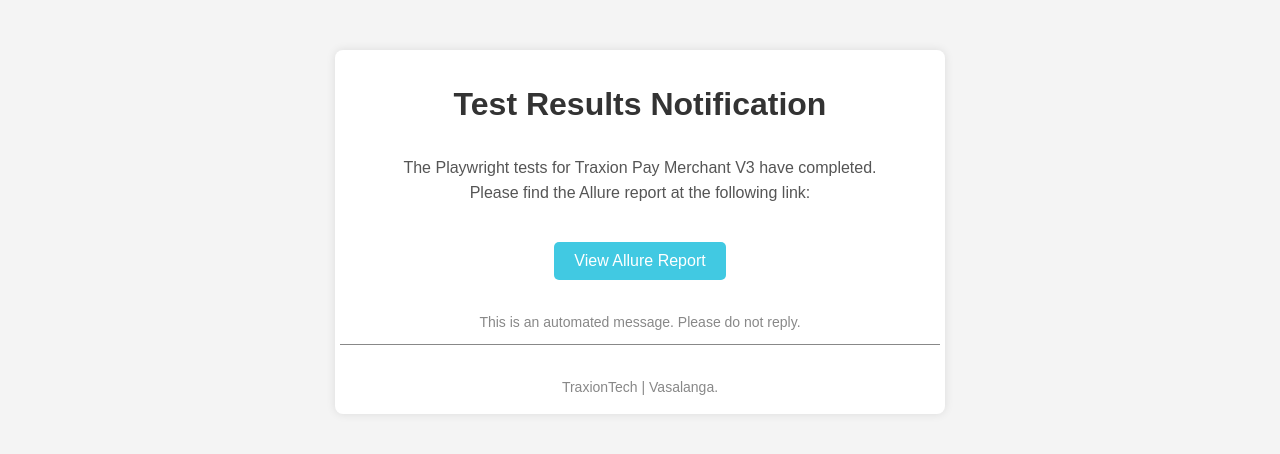
Repository: jmendozaqa24/TraxionPay-V3
Page: template.html
These files come from the project's save history. The page is drawn as it stood at one moment and after the next save; the edit follows.
The browser window is 1280 px wide. The pictures show the whole page.

Above is the page before, as saved 2025-01-31 10:52:10.

After the next save:
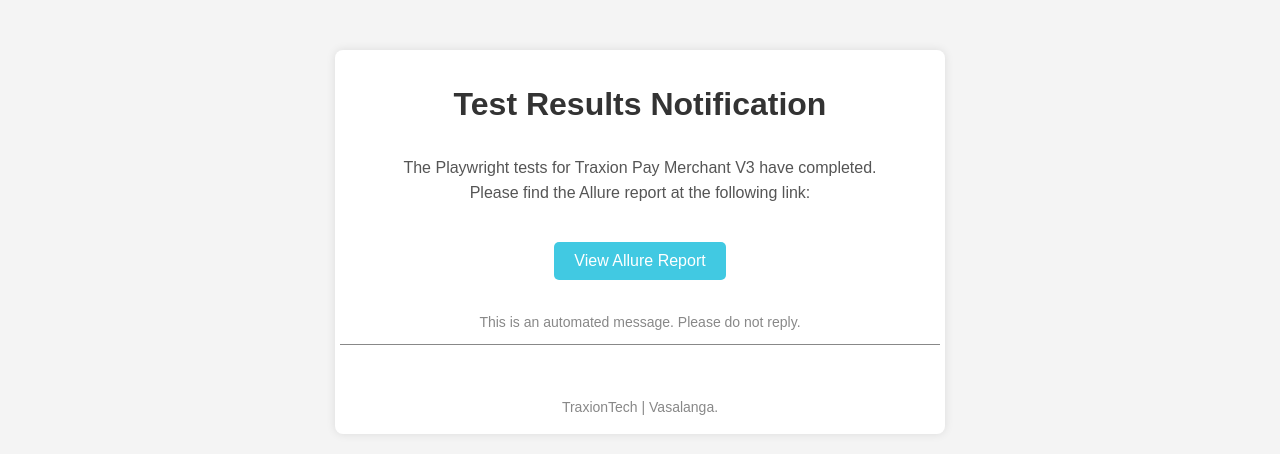
Saved 15 s later.
--- a/template.html
+++ b/template.html
@@ -22,7 +22,7 @@
                     <div style="text-align: center; padding-top: 20px; font-size: 14px; color: #888888;">
                         <p>This is an automated message. Please do not reply.</p>
                     </div>
-                    <hr style="border: none; border-top: 0.1px solid #888888; margin: 0;">
+                    <hr style="border: none; border-top: 0.1px solid #888888; padding: 10px 0; margin: 0;">
                     <div style="text-align: center; padding-top: 20px; font-size: 14px; color: #888888;">
                         <p>TraxionTech | Vasalanga.</p>
                     </div>
